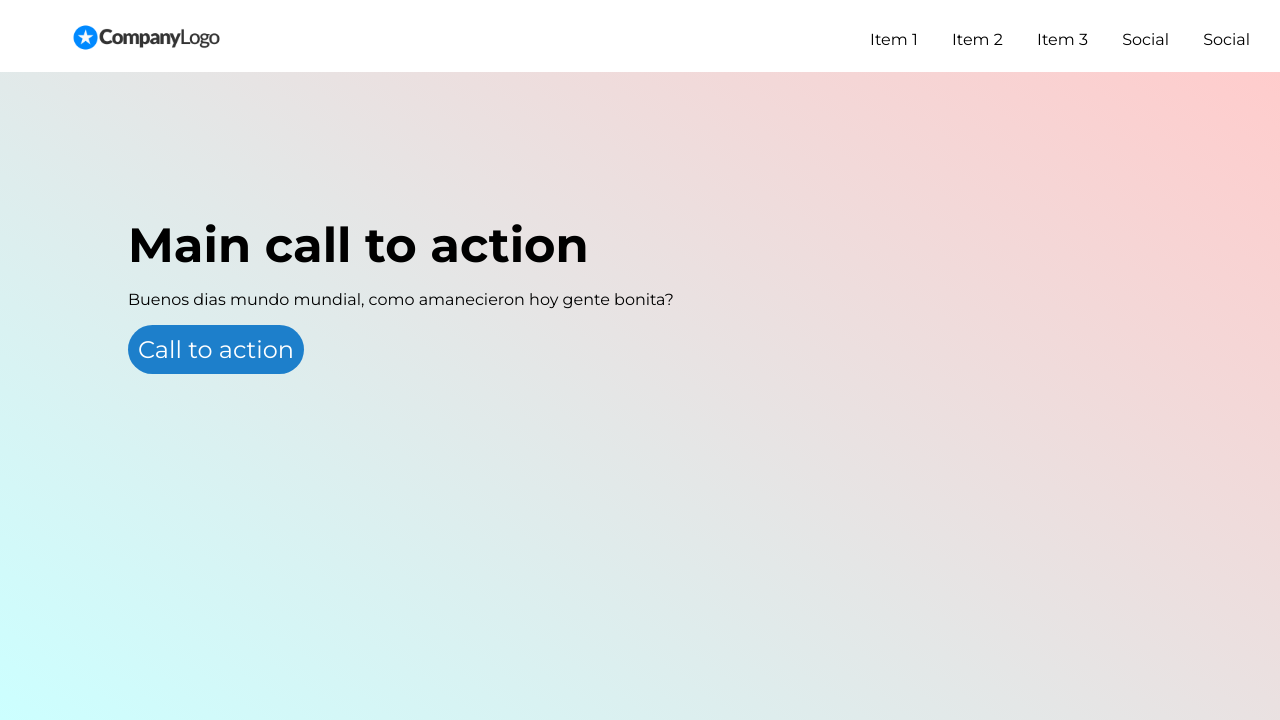
Repository: pabloestradagt/proyectobootstrap
Page: websitexd/index.html
The author's editor kept a record of every edit. The page is drawn from the files as they stood at one moment, then again after the next edit.
The browser window is 1280 px wide. The pictures show the whole page.

Above is the page before.

### websitexd/index.html
<!DOCTYPE html>
<html>

    <head>
        <title>Example Website</title>
        <link href="css/styles.css" rel="stylesheet">
        <link href="https://fonts.googleapis.com/css?family=Montserrat:300,400,700" rel="stylesheet">
        <meta charset="utf-8">
    </head>

    <body>

        <header>

            <a href="#"><img id="logo" src="img/logo.png" alt="Company Logo"></a>

            <nav>
                <ul>
                    <a href="#"><li>Item 1</li></a>
                    <a href="#"><li>Item 2</li></a>
                    <a href="#"><li>Item 3</li></a>
                    <a href="#"><li>Social</li></a>
                    <a href="#"><li>Social</li></a>
                </ul>

            </nav>

        </header>

        <main>

            <div id="hero">
                <h1>Main call to action</h1>
                <p>Buenos dias mundo mundial, como amanecieron hoy gente bonita?</p>
                <button>Call to action</button>
            </div>
        </main>






    </body>
</html>

### websitexd/css/styles.css
body {
    margin: 0;
    padding: 0;
    font-family: montserrat;
}

header {

    height: 10vh;
    width: 100%;
}

#logo {
    height: 55px;
    margin-top: 10px;
    margin-left: 3%;
}

nav {

    float: right;
    width: 40%;
    height: 10vh;
}

ul {
    list-style-type: none;
    margin-top: 30px;
    float: right;
}

li {
    color: black;
    display: inline-block;
    margin-right: 30px;
}

i {
    border: 1px solid;
    border-radius: 30px;
    padding: 10px 15px;
}

main {
    height: 90vh;
    background: linear-gradient(35deg, #ccffff, #ffcccc);
}

#hero {
    width: 50%;
    padding-top: 20vh;
    margin-left: 10%;
}

h1 {
    margin: 0;
    font-size:3em;
    font-weight: 900;
}

#hero-p {
    font-size:1.5em;
}

button {
    color: white;
    background: #1D7FCB;
    font-size: 1.5em;
    border: none;
    padding: 10px;
    font-family: inherit;
    cursor: pointer;
    border-radius: 30px;

}

After the next edit:
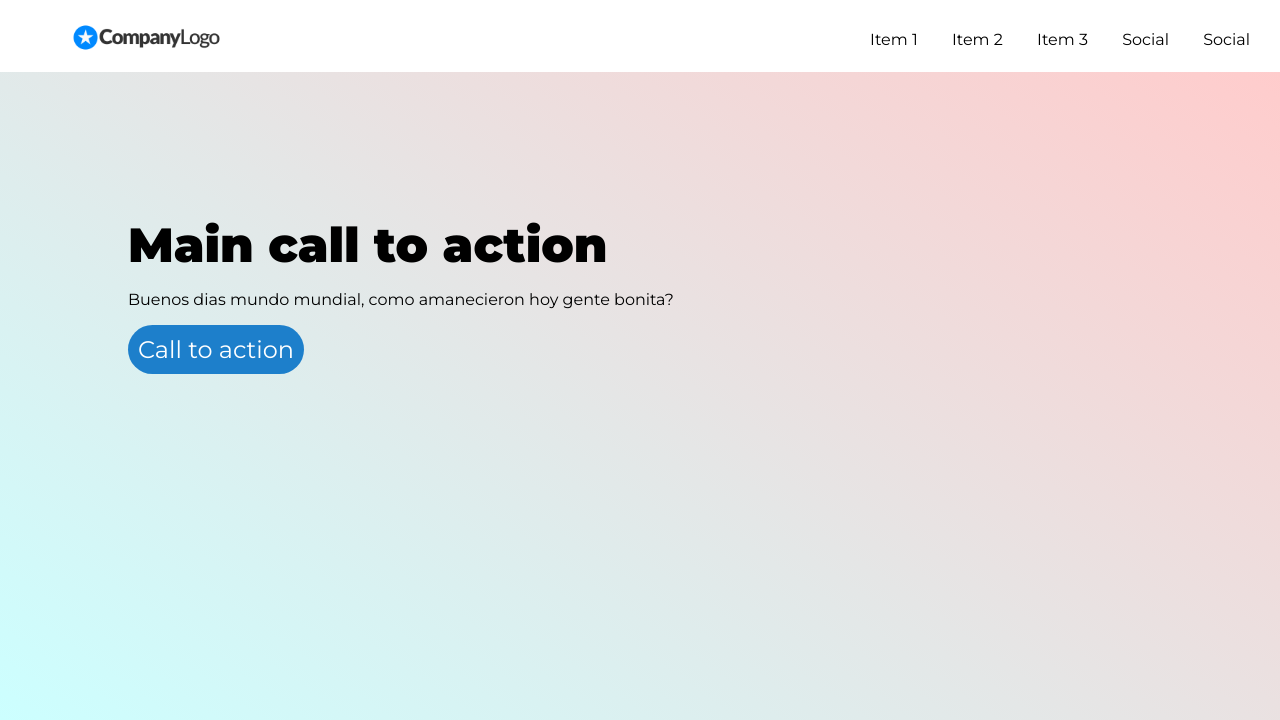
The edit:
--- a/websitexd/index.html
+++ b/websitexd/index.html
@@ -4,7 +4,7 @@
     <head>
         <title>Example Website</title>
         <link href="css/styles.css" rel="stylesheet">
-        <link href="https://fonts.googleapis.com/css?family=Montserrat:300,400,700" rel="stylesheet">
+        <link href="https://fonts.googleapis.com/css?family=Montserrat:300,400,700,900" rel="stylesheet">
         <meta charset="utf-8">
     </head>
 
